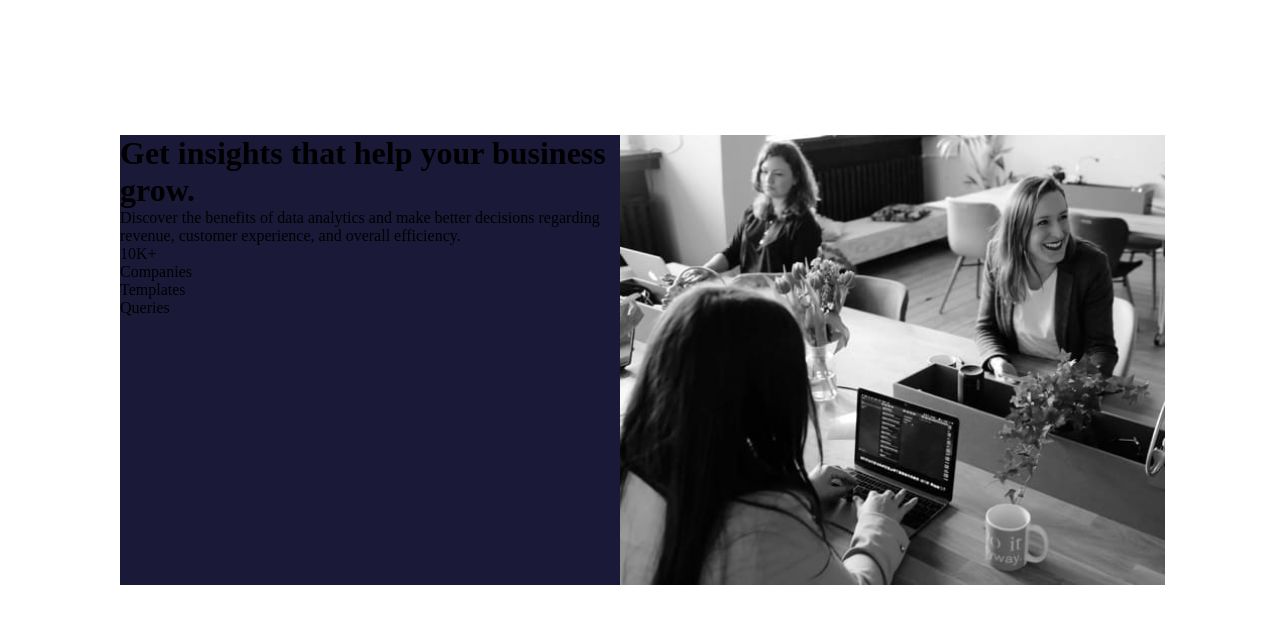
Repository: keisewarsame/stats-preview-frontendmentor
Page: index.html
An editor plug-in stored every save of this project. The page is shown before and after the next save, followed by the edit.
The browser window is 1280 px wide. The pictures show the whole page.

Above is the page before, as saved 2022-07-12 12:50:09.

After the next save:
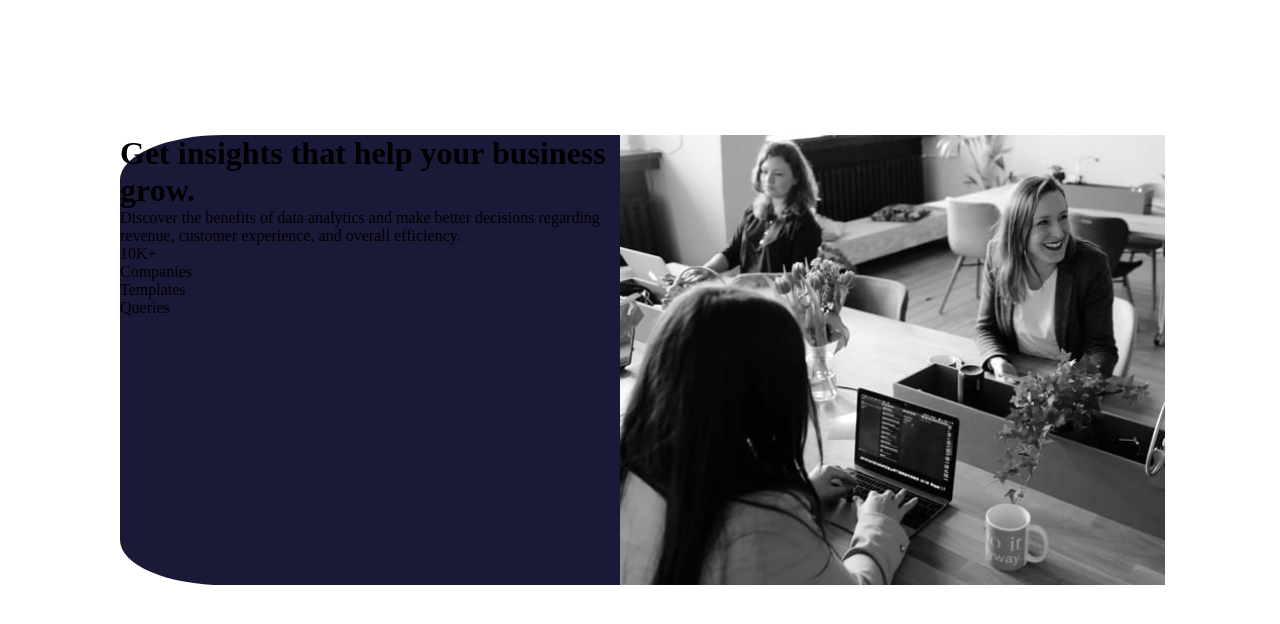
Saved 17 s later.
--- a/styles.css
+++ b/styles.css
@@ -19,7 +19,7 @@
 .wrapper {
     background-color: hsl(244, 38%, 16%);
     display: flex;
-
+    border-radius: 10%;
 }
 
 img {

After the 2 saves that followed:
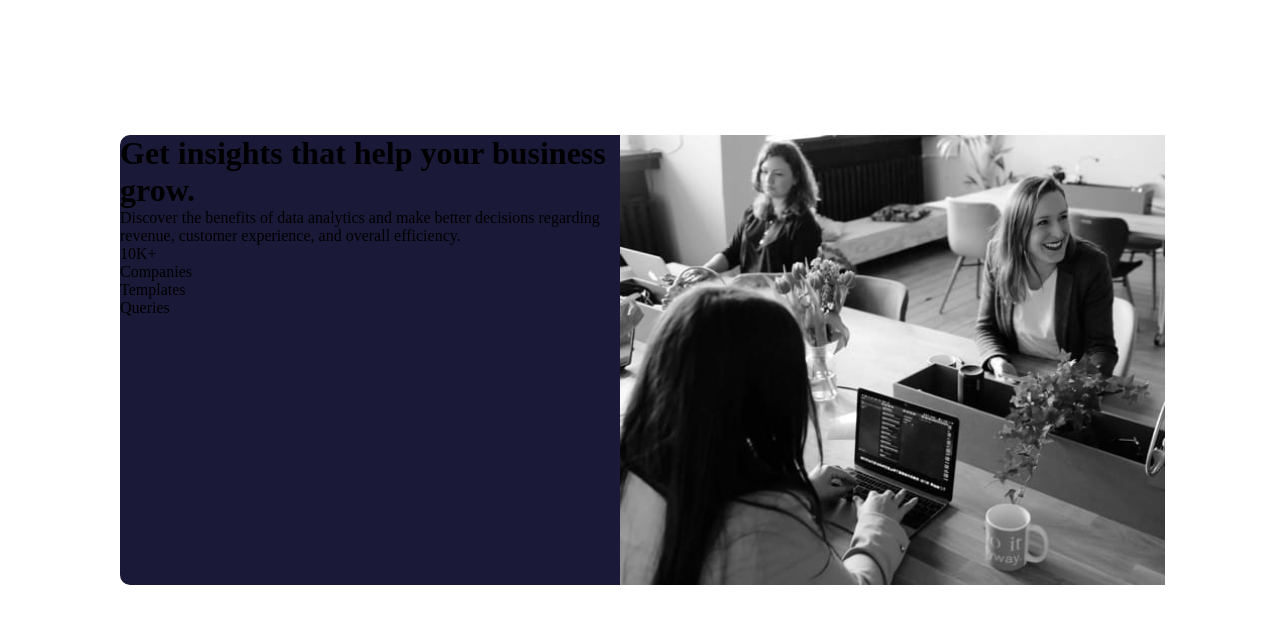
The 2 saves are shown as one change because they came seconds apart.
The last was saved 9 s later.
--- a/styles.css
+++ b/styles.css
@@ -19,7 +19,7 @@
 .wrapper {
     background-color: hsl(244, 38%, 16%);
     display: flex;
-    border-radius: 10%;
+    border-radius: 10px;
 }
 
 img {
